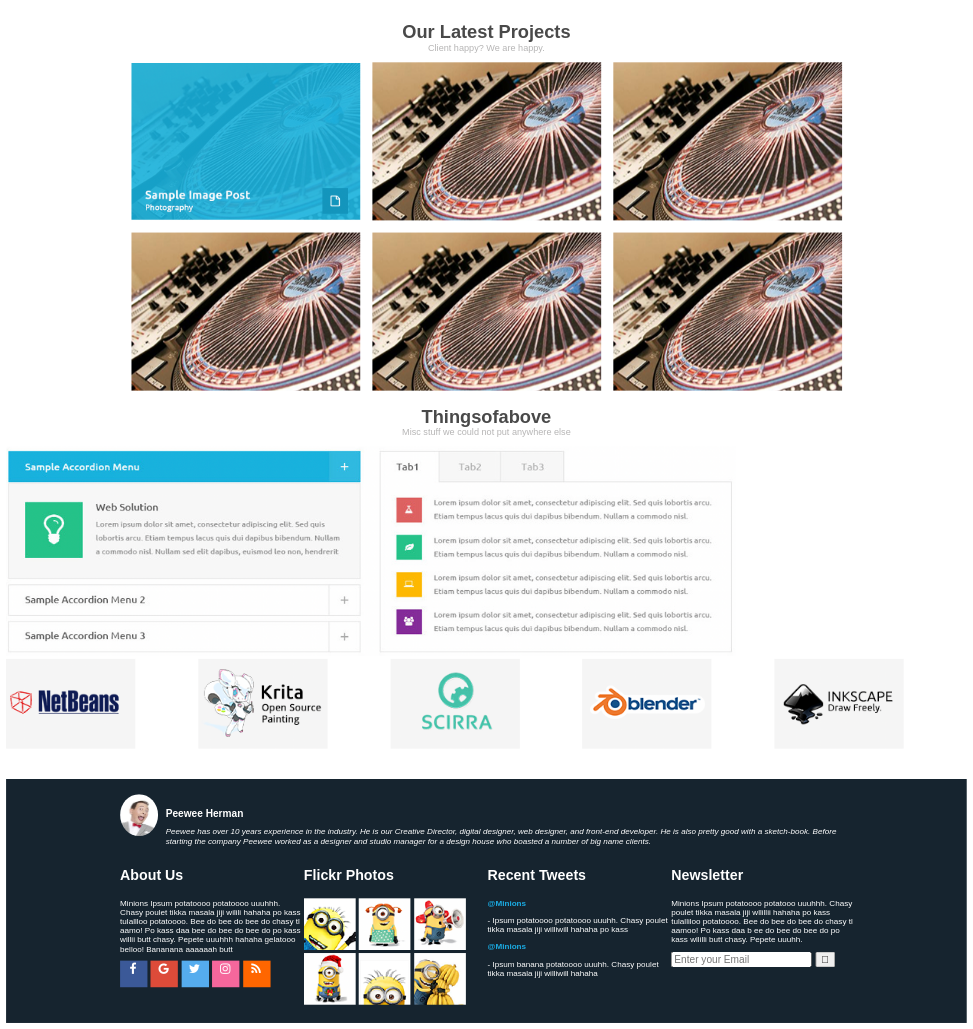
Repository: atran02/project1
Page: index.html
An editor plug-in stored every save of this project. The page is shown before and after the next save, followed by the edit.
The browser window is 1280 px wide. The pictures show the whole page, at 76% of full size.

Above is the page before, as saved 2022-01-29 23:18:32.

### index.html
<!DOCTYPE html>
<html lang="en">
<head>
  <meta charset="UTF-8">
  <meta http-equiv="X-UA-Compatible" content="IE=edge">
  <meta name="viewport" content="width=device-width, initial-scale=1.0">
  <title>Metrolics</title>
</head>
<link rel="stylesheet" href="/css/metrolics.css">
<body>
  <!-- PART 1: Angelyne -->


  <!-- PART 2: Marian -->

  <!--Our Latest Projects Section-->

<div class="lowerpage">
<div class="latestprojects">
  <h2>Our Latest Projects</h2>
  <p>Client happy? We are happy.</p>
      <div class="gallery">
        <img src="/img/sampleimagepost1.png" alt="Sample Image Post Photography" width="301" height="208">
        <img src="/img/latestprojectphoto2.png" alt="Sample Image Post Photography" width="301" height="208">
        <img src="/img/latestprojectphoto2.png" alt="Sample Image Post Photography" width="301" height="208">
        <img src="/img/latestprojectphoto2.png" alt="Sample Image Post Photography" width="301" height="208">
        <img src="/img/latestprojectphoto2.png" alt="Sample Image Post Photography" width="301" height="208">
        <img src="/img/latestprojectphoto2.png" alt="Sample Image Post Photography" width="301" height="208">
      </div>
</div>

  <!--Things of Above Section-->

  <div class="Thingsofabove">
  <h2>Thingsofabove</h2>
  <p>Misc stuff we could not put anywhere else</p>
      <div class="menutabgallery">
        <img src="/img/sampleaccordionmenu.png" alt="Sample Accordion Menu" width="960" height="275">
      </div>
      <div class="sponsors">
        <img src="/img/netbeans.png" alt="Net Beans" width="170" height="118">
        <img src="/img/krita.png" alt="Krita Open Source Painting" width="170" height="118">
        <img src="/img/scirra.png" alt="Scirra" width="170" height="118">
        <img src="/img/blender.png" alt="Blender" width="170" height="118">
        <img src="/img/inkscape.png" alt="Inkscape Draw Freely" width="170" height="118">
      </div>
  </div>
</div>

  <!-- Footer -->

<div class="footer">
      <div class="peewee">
        <img src="/img/peewee.png" alt="Peewee" width="159px" height="194px" class="avatar">
          <h4>Peewee Herman</h4>
            <p>Peewee has over 10 years experience in the industry. He is our Creative Director, digital designer, web designer, and front-end developer. He is also pretty good with a sketch-book. Before starting the company Peewee worked as a designer and studio manager for a design house who boasted a number of big name clients.</p>
      </div>

      <div class="grid-container">
        <div class="grid-item grid-item-1">
          <div class="aboutus">
            <h3>About Us</h3>
              <p>Minions Ipsum potatoooo potatoooo uuuhhh. Chasy poulet tikka masala jiji wilili hahaha po kass tulallloo potatoooo. Bee do bee do bee do chasy tl aamo! Po kass daa bee do bee do bee do po kass willii butt chasy. Pepete uuuhhh hahaha gelatooo belloo! Bananana aaaaaah butt</p>
                <div class="socialmedia">
                  <link rel="stylesheet" href="https://cdnjs.cloudflare.com/ajax/libs/font-awesome/4.7.0/css/font-awesome.min.css">
                  <a href="#" class="fa fa-facebook"></a>
                  <a href="#" class="fa fa-google"></a>
                  <a href="#" class="fa fa-twitter"></a>
                  <a href="#" class="fa fa-instagram"></a>
                  <a href="#" class="fa fa-rss"></a>
                </div>
          </div>
        </div>

          <div class="flickr">
            <div class="grid-item grid-item-2">
              <h3>Flickr Photos</h3>
                <img src="/img/minion1.png" alt="minion1" width="68px" height="68px">
                <img src="/img/minion2.png" alt="minion2" width="68px" height="68px">
                <img src="/img/minion3.png" alt="minion3" width="68px" height="68px">
                <img src="/img/minion4.png" alt="minion4" width="68px" height="68px">
                <img src="/img/minion5.png" alt="minion5" width="68px" height="68px">
                <img src="/img/minion6.png" alt="minion6" width="68px" height="68px">
            </div>
          </div>

          <div class="recenttweets">
            <div class="grid-item grid-item-3">
              <h3>Recent Tweets</h3>
              <p><a href="https://twitter.com/Minions">@Minions</a></p>
              <p>- Ipsum potatoooo potatoooo uuuhh. Chasy poulet tikka masala jiji williwill hahaha po kass</p>


              <p><a href="https://twitter.com/Minions">@Minions</a></p>
              <p>- Ipsum banana potatoooo uuuhh. Chasy poulet tikka masala jiji williwill hahaha</p>
            </div>
          </div>

          <div class="Newsletter">
            <div class="grid-item grid-item-4">
              <h3>Newsletter</h3>
              <p>Minions Ipsum potatoooo potatooo uuuhhh. Chasy poulet tikka masala jiji wllillii hahaha po kass tulalliloo potatoooo. Bee do bee do bee do chasy tl aamoo! Po kass daa b ee do bee do bee do po kass wllilli butt chasy. Pepete uuuhh.</p>

              <form class="formemail" action="/action_page.php">
              <input type="email" id="email" placeholder="Enter your Email" name="email">
              <button class="btn-send"></button>
              </form>
            </div>
          </div>
      </div>
</div>
</body>
</html>

### css/metrolics.css
/* Lowerpage Draft */
.latestprojects {
    display: grid;
    justify-content: center;
}

/*Our Latest Projects*/
.latestprojects, .Thingsofabove, .footer {
    font-family: 'Ubuntu', sans-serif;
    margin: 0;
}

h2 {
    margin-bottom: 0;
    color: #494949;
    text-align: center;
}

.latestprojects p {
    font-size: 12px;
    color: #b6b5b5;
    margin-top: 0;
    text-align: center;
}
.gallery {
    display: grid;
    grid-template-columns: repeat(3, 1fr);
    gap: 1em;
    justify-content: center;
}

/* Thingsofabove */
.Thingsofabove p {
    font-size: 12px;
    color: #b6b5b5;
    margin-top: 0;
    text-align: center;
}

.sponsors {
    display: grid;
    grid-template-columns: repeat(5, 1fr);
    justify-content: center;
}

/* Footer */
.grid-container {
    display: grid;
    grid-template-columns: 1fr 1fr 1fr 1fr;
    grid-gap: 3px;
}
.footer {
    background-color: #16242f;
    color: white;
    margin-top: 40px;
    padding: 20px 150px 20px 150px;

}

/* Peewee Info */
.peewee {
    display: grid;
    grid-template-areas:
    "b a a"
    "b c c"
    "b c c"
}
.peewee img {
    border-radius: 100%;
    width: 50px;
    height: 55px;
    grid-area: b;
    margin-bottom: 0;
    padding-bottom: 0;
}
h4 {
    font-size: 10pt;
    grid-area: a;
    margin-bottom: 10px;
    padding-left: 10px;
}
.peewee p {
    font-size: 8pt;
    font-style: italic;
    grid-area: c;
    margin-top: 0;
    padding-left: 10px;
}

/* About Us */
.aboutus p {
    font-size: 8pt;
}
/* Social Media Icons */
.fa {
    padding: 2px 2px 0px 0px;
    font-size: 10px;
    width: 34px;
    height: 33px;
    text-align: center;
    text-decoration: none;
    margin: 0;
}
.fa-facebook {
    background: #3B5998;
    color: white;
}
.fa-google {
    background: #dd4b39;
    color: white;
}
.fa-twitter {
    background: #55ACEE;
    color: white;
}
.fa-instagram {
    background: #f5679c;
    color: white;
}
.fa-rss {
    background: #ff6600;
    color: white;
}

/* Recent Tweets */
.recenttweets a {
    color: #1bade5;
    text-decoration: none;
    font-weight: bold;
}
.recenttweets p {
    font-size: 8pt;
}

/* Newsletter */
.Newsletter p {
    font-size: 8pt;
}

After the next save:
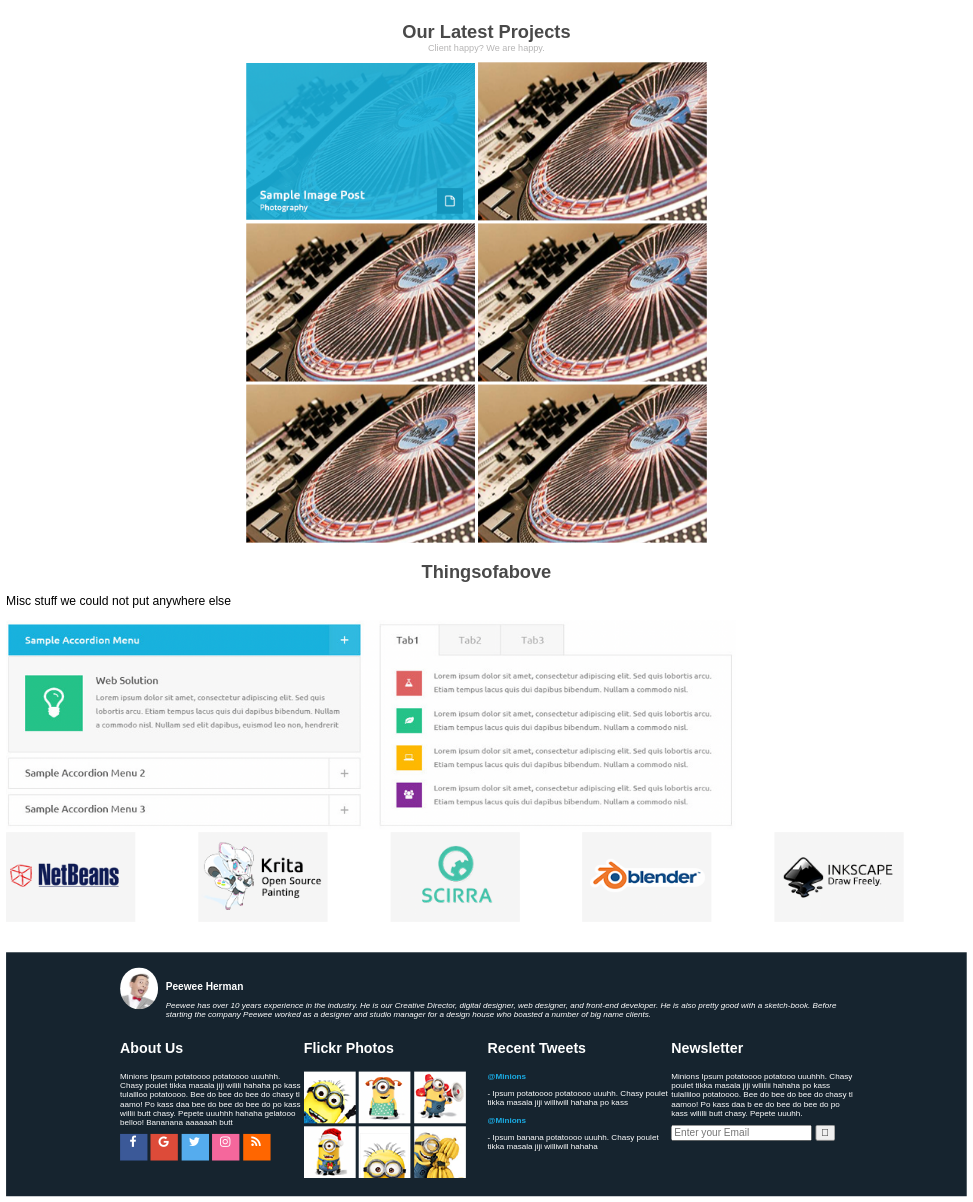
Saved 2 min 3 s later.
--- a/css/metrolics.css
+++ b/css/metrolics.css
@@ -23,10 +23,11 @@
     text-align: center;
 }
 .gallery {
-    display: grid;
-    grid-template-columns: repeat(3, 1fr);
-    gap: 1em;
-    justify-content: center;
+    display: block;
+    margin-left: auto;
+    margin-right: auto;
+    width: 50%;
+  }
 }
 
 /* Thingsofabove */

After the save that followed:
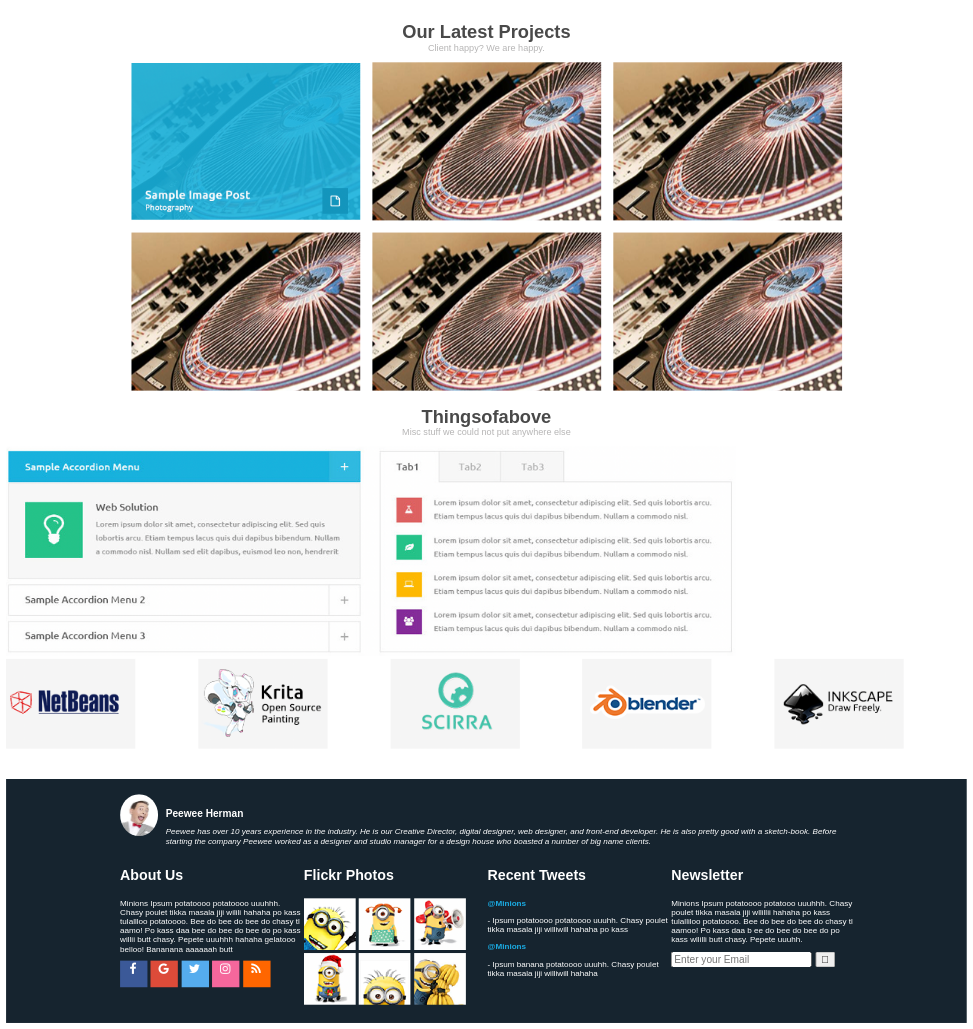
Saved 11 s later.
--- a/css/metrolics.css
+++ b/css/metrolics.css
@@ -23,11 +23,10 @@
     text-align: center;
 }
 .gallery {
-    display: block;
-    margin-left: auto;
-    margin-right: auto;
-    width: 50%;
-  }
+    display: grid;
+    grid-template-columns: repeat(3, 1fr);
+    gap: 1em;
+    justify-content: center;
 }
 
 /* Thingsofabove */
